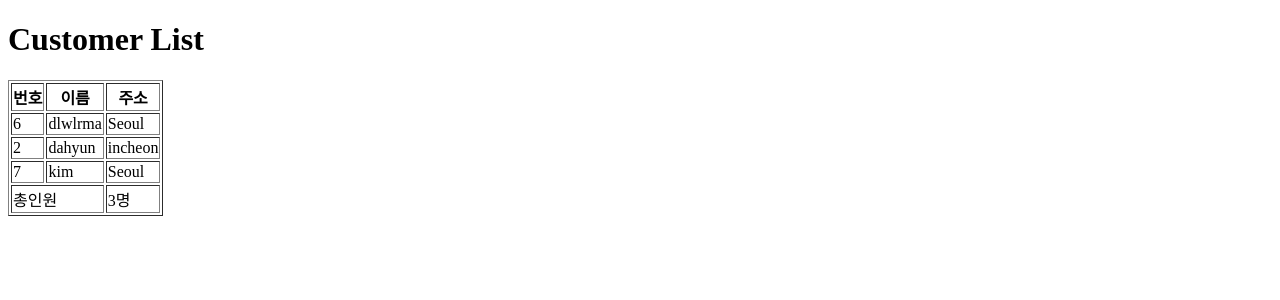
Repository: hyungju2/SSAFY_JavaPractice
Page: 20190211_HTML/web_java/HTMLProject/WebContent/html/Tabletag.html
These files come from the project's save history. The page is drawn as it stood at one moment and after the next save; the edit follows.
The browser window is 1280 px wide. The pictures show the whole page.

Above is the page before, as saved 2019-02-11 04:45:02.

### 20190211_HTML/web_java/HTMLProject/WebContent/html/Tabletag.html
<!DOCTYPE html>
<html>
<head>
<meta charset="UTF-8">
<title>Table Tag</title>
</head>
<body>
<!-- Table Tag(2차원 표) -->
<h1> Customer List</h1>

	<table border="1">
		<tr>
			<th>번호</th>
			<th>이름</th>
			<th>주소</th>
		</tr>

		<tr>
		<td>6</td>
		<td>dlwlrma</td>
		<td>Seoul</td>
		</tr>



		<tr>
		<td>2</td>
		<td>dahyun</td>
		<td>incheon</td>
		</tr>


		<tr>
		<td>7</td>
		<td>kim</td>
		<td>Seoul</td>
		</tr>
		<tr>
			<td colspan="2">총인원</td>
			<td>3명</td>
		</tr>


	</table>
</body>
</html>

After the next save:
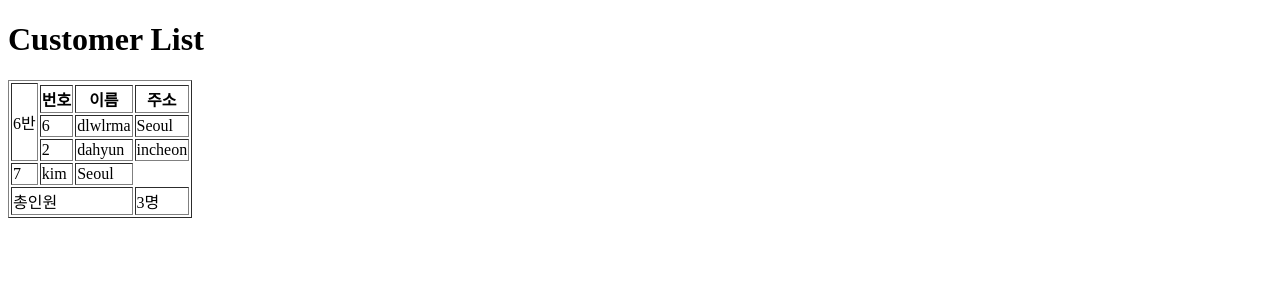
Saved 60 s later.
--- a/20190211_HTML/web_java/HTMLProject/WebContent/html/Tabletag.html
+++ b/20190211_HTML/web_java/HTMLProject/WebContent/html/Tabletag.html
@@ -9,6 +9,9 @@
 <h1> Customer List</h1>
 
 	<table border="1">
+		<tr>
+			<td rowspan="4">6반</td>
+		</tr>
 		<tr>
 			<th>번호</th>
 			<th>이름</th>
@@ -36,7 +39,7 @@
 		<td>Seoul</td>
 		</tr>
 		<tr>
-			<td colspan="2">총인원</td>
+			<td colspan="3">총인원</td>
 			<td>3명</td>
 		</tr>
 
